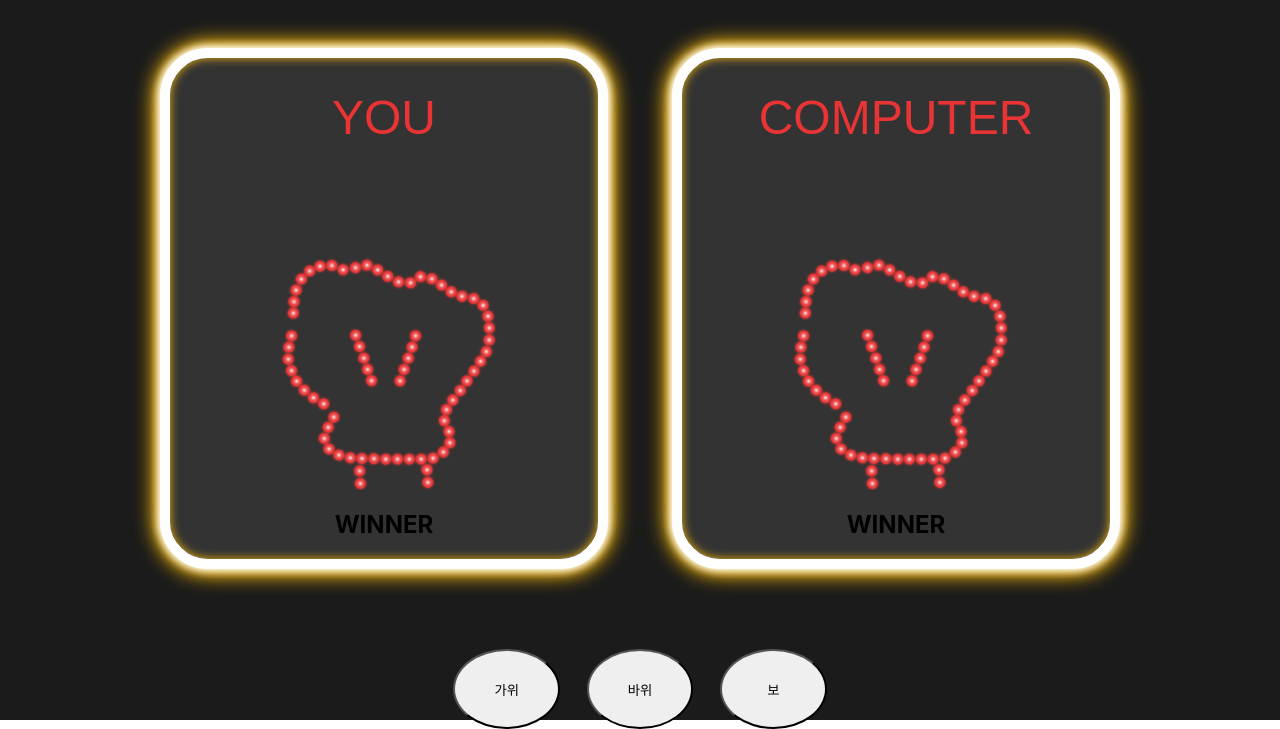
Repository: KIMMIHYE12/classComponent
Page: /
These files come from the project's save history. The page is drawn as it stood at one moment and after the next save; the edit follows.
The browser window is 1280 px wide. The pictures show the whole page.
Some web fonts or font styles are not loaded; a fallback is used. The project was rebuilt for these pictures with package versions that can differ from the ones it lists, and the page was loaded fresh each time.

Above is the page before, as saved 2024-03-18 22:18:26.

After the next save:
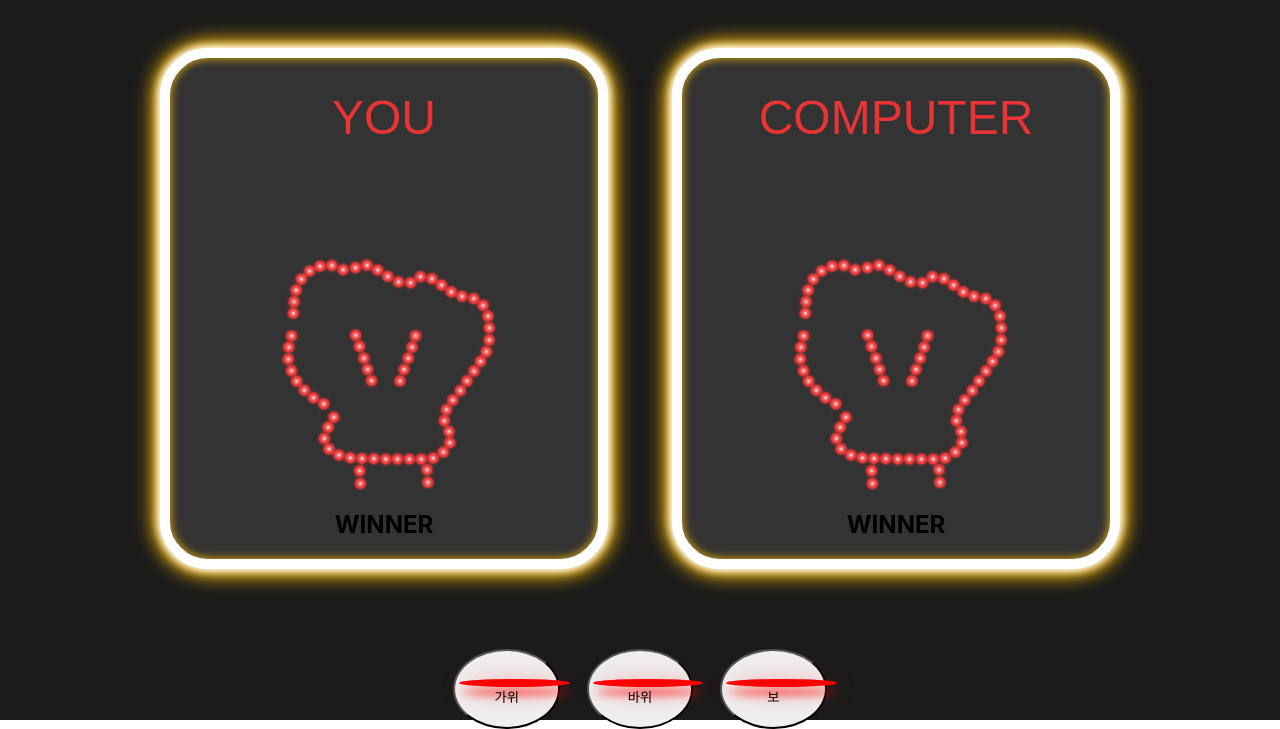
Saved 16 s later.
--- a/src/App.css
+++ b/src/App.css
@@ -71,11 +71,11 @@ img {
   border-radius: 50%;
   display: inline-block;
   content: "";
-  position: absolute;
+  top: 4px;
   left: 0;
   right: 0;
   z-index: -1;
-  top: 4px;
+
   height: 4px;
   background: red;
   transition: all ((0.06 * 1.3) + s) ease-out;

After the 2 saves that followed:
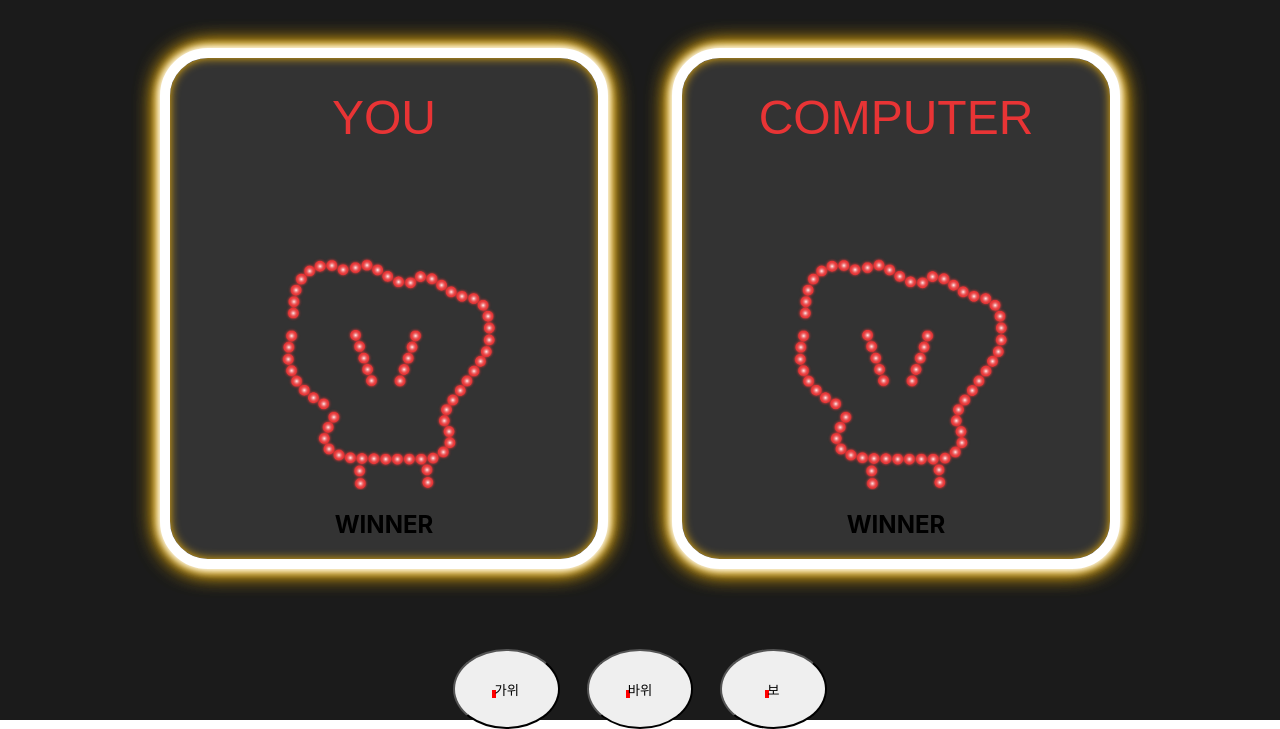
The 2 saves are shown as one change because they came seconds apart.
The last was saved 12 s later.
--- a/src/App.css
+++ b/src/App.css
@@ -66,16 +66,12 @@ img {
 }
 
 .btn_wrap button:before {
-  width: 8em;
-  height: 6em;
-  border-radius: 50%;
   display: inline-block;
   content: "";
   top: 4px;
   left: 0;
   right: 0;
   z-index: -1;
-
   height: 4px;
   background: red;
   transition: all ((0.06 * 1.3) + s) ease-out;
